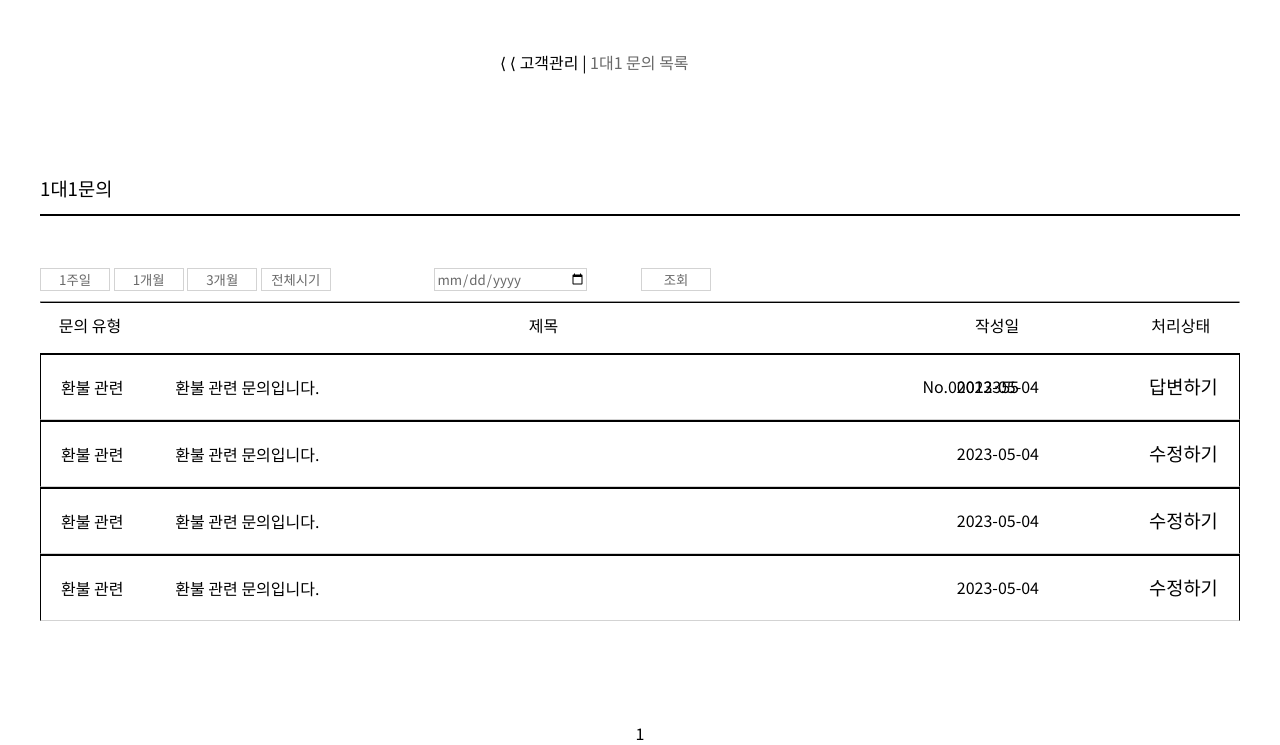
Repository: mcw9503/PassionForFashion
Page: Semi_Project/src/main/webapp/WEB-INF/QnaPage.html
The author's editor kept a copy of each file at every save. The page is drawn from the files as they stood at one save, then again after the next save.
The browser window is 1280 px wide. The pictures show the whole page.

Above is the page before, as saved 2023-05-07 08:40:49.

After the next save:
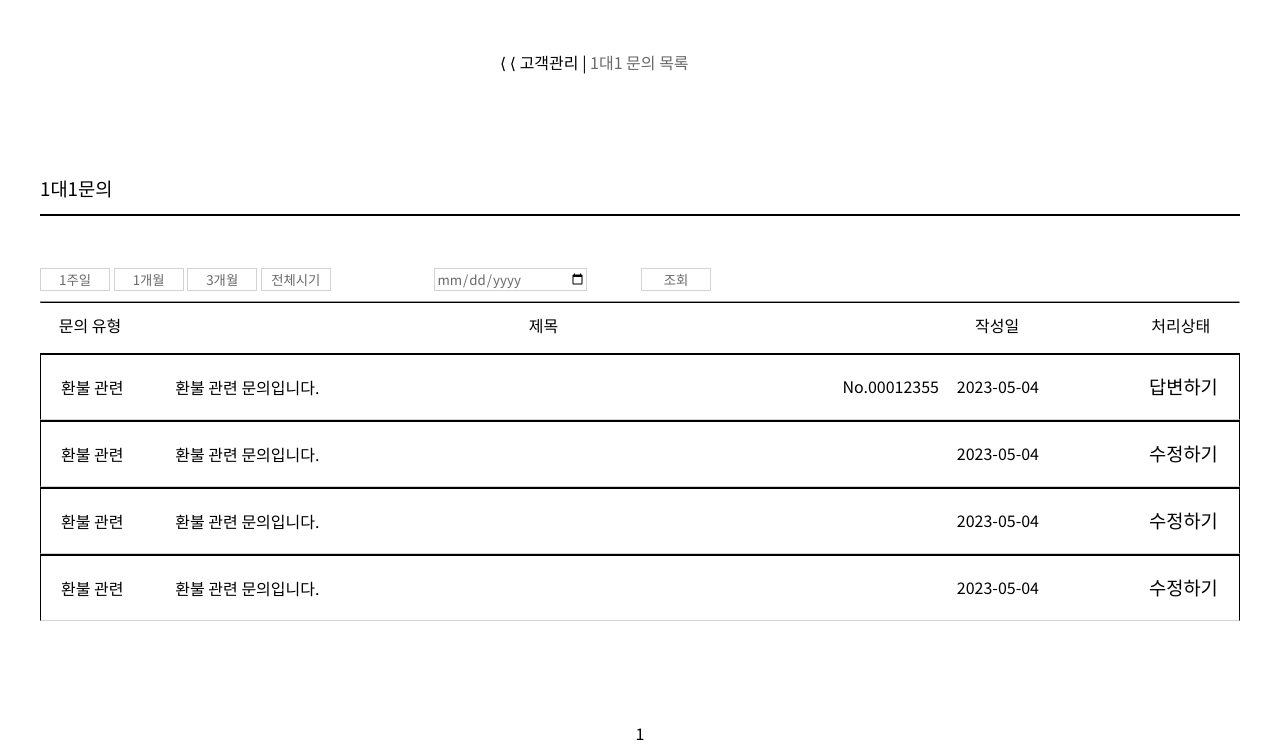
Saved 7 s later.
--- a/Semi_Project/src/main/webapp/WEB-INF/QnaPage.html
+++ b/Semi_Project/src/main/webapp/WEB-INF/QnaPage.html
@@ -148,7 +148,7 @@ div form input:active {
 		<div class="qnaCategoy" style="display: inline-block; width: 100px;">환불 관련</div>
 		&nbsp;&nbsp;
 		환불 관련 문의입니다.
-		<span style="margin-right: 20px;">No.00012355</span>
+		<span style="margin-right: 100px;">No.00012355</span>
 		<span>2023-05-04</span>
 		<h3 class="ansComplete"style="margin-left: 15px; ">답변하기</h3></label>
 		<div>
